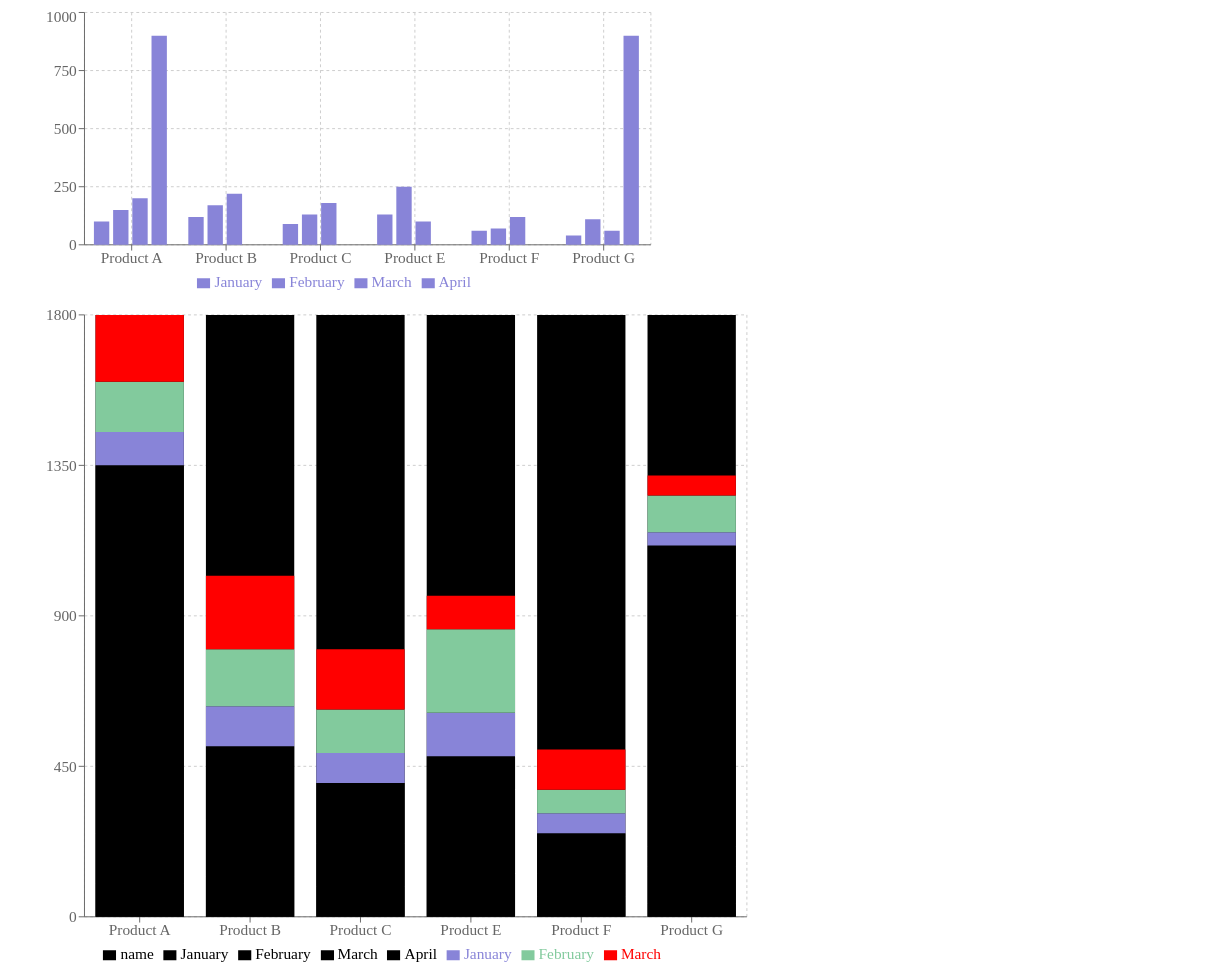
Repository: sagarjain738/test
Page: /
An editor plug-in stored every save of this project. The page is shown before and after the next save, followed by the edit.
The browser window is 1280 px wide. The pictures show the whole page, at 96% of full size.
The project was rebuilt for these pictures with package versions that can differ from the ones it lists, and the page was loaded fresh each time. Also part of the build but not shown: vite.config.js, src/App.css, src/components/PieChart.jsx, src/components/Table.jsx, src/index.css.

Above is the page before, as saved 2024-01-20 23:27:13.

### src/App.jsx
import "./App.css";
import FirstChart from "./components/FirstChart";
import totalData, { getTotalData, getTotal, getMonths } from "../Data";
import SecondChart from "./components/SecondData";
import TotalPieChart from "./components/PieChart";
import BasicTable from "./components/Table";

function App() {
  const firstRecord = getTotalData(totalData);
  const total = getTotal(totalData);
  const monthNames = getMonths();
  return (
    <>
      <FirstChart records={firstRecord} monthNames={monthNames.slice(1)} />
      <SecondChart records={firstRecord} monthNames={monthNames} />
      {/* <BasicTable records={firstRecord} /> */}
      {/* <TotalPieChart records={total} monthNames={monthNames} /> */}
    </>
  );
}

export default App;

### src/components/FirstChart.jsx
import {
  Bar,
  BarChart,
  CartesianGrid,
  Legend,
  Rectangle,
  Tooltip,
  XAxis,
  YAxis,
} from "recharts";

const FirstChart = ({ records, monthNames }) => {
  return (
    <BarChart
      width={700}
      height={300}
      data={records}
      margin={{
        top: 5,
        right: 30,
        left: 20,
        bottom: 5,
      }}
    >
      <CartesianGrid strokeDasharray="3 3" />
      <XAxis dataKey="name" />
      <YAxis />
      <Tooltip />
      <Legend />
      {monthNames.map((month) => (
        <Bar
          key={month}
          dataKey={month}
          fill="#8884d8"
          activeBar={<Rectangle fill="pink" stroke="blue" />}
        />
      ))}
    </BarChart>
  );
};

export default FirstChart;

### Data.js
let data = {
  salesData: [
    {
      product: "Product A",
      sales: [
        { month: "January", amount: 100 },
        { month: "February", amount: 150 },
        { month: "March", amount: 200 },
        { month: "April", amount: 900 },
      ],
    },
    {
      product: "Product B",
      sales: [
        { month: "January", amount: 120 },
        { month: "February", amount: 170 },
        { month: "March", amount: 220 },
      ],
    },
    {
      product: "Product C",
      sales: [
        { month: "January", amount: 90 },
        { month: "February", amount: 130 },
        { month: "March", amount: 180 },
      ],
    },
    {
      product: "Product E",
      sales: [
        { month: "January", amount: 130 },
        { month: "February", amount: 250 },
        { month: "March", amount: 100 },
      ],
    },
    {
      product: "Product F",
      sales: [
        { month: "January", amount: 60 },
        { month: "February", amount: 70 },
        { month: "March", amount: 120 },
      ],
    },
    {
      product: "Product G",
      sales: [
        { month: "January", amount: 40 },
        { month: "February", amount: 110 },
        { month: "March", amount: 60 },
        { month: "April", amount: 900 },
      ],
    },
  ],
};

export function getTotalData(records) {
  const result = records.salesData.map((item) => {
    return {
      name: item.product,
      data: item.sales.reduce(
        (acc, itm) => ({ ...acc, [`${itm.month}`]: itm.amount }),
        {}
      ),
    };
  });

  const finalData = result.map((item) => {
    return { name: item.name, ...item.data };
  });

  return finalData;
}

export function getTotals(records) {
  const result = records.salesData.map((item) => {
    return {
      id: item.product,
      label: item.product,
      value: item.sales.reduce((acc, itm) => acc + itm.amount, 0),
      color: "hsl(271, 70%, 50%)",
    };
  });
  return result;
}

export function getTotal(data) {
  let sumOfMonths = {};
  data.salesData.forEach((product) => {
    product.sales.forEach((sale) => {
      sumOfMonths[sale.month] = (sumOfMonths[sale.month] || 0) + sale.amount;
    });
  });

  const output = [];

  for (const key in sumOfMonths) {
    output.push({
      id: key,
      label: key,
      value: sumOfMonths[key],
      color: "hsl(37, 70%, 50%)",
    });
  }

  return output;
}

export function getMonths() {
  const months = new Set();
  months.add("name");
  data.salesData.forEach((d) => d.sales.forEach((v) => months.add(v.month)));

  return [...months];
}

export default data;

### src/components/SecondData.jsx
import {
  BarChart,
  Bar,
  Cell,
  XAxis,
  YAxis,
  CartesianGrid,
  Tooltip,
  Legend,
  ResponsiveContainer,
} from "recharts";

const SecondChart = ({ records, monthNames }) => {
  return (
    <BarChart
      width={800}
      height={700}
      data={records}
      margin={{
        top: 20,
        right: 30,
        left: 20,
        bottom: 5,
      }}
    >
      <CartesianGrid strokeDasharray="3 3" />
      <XAxis dataKey="name" />
      <YAxis />
      <Tooltip />
      <Legend />
      {monthNames.map((month, i) => (
        <Bar key={i} dataKey={month} stackId="a" fill="" />
      ))}
      <Bar dataKey="January" stackId="a" fill="#8884d8" />
      <Bar dataKey="February" stackId="a" fill="#82ca9d" />
      <Bar dataKey="March" stackId="a" fill="red" />
    </BarChart>
  );
};

export default SecondChart;

Loaded but not shown: index.html (common file); src/main.jsx (common file)

After the next save:
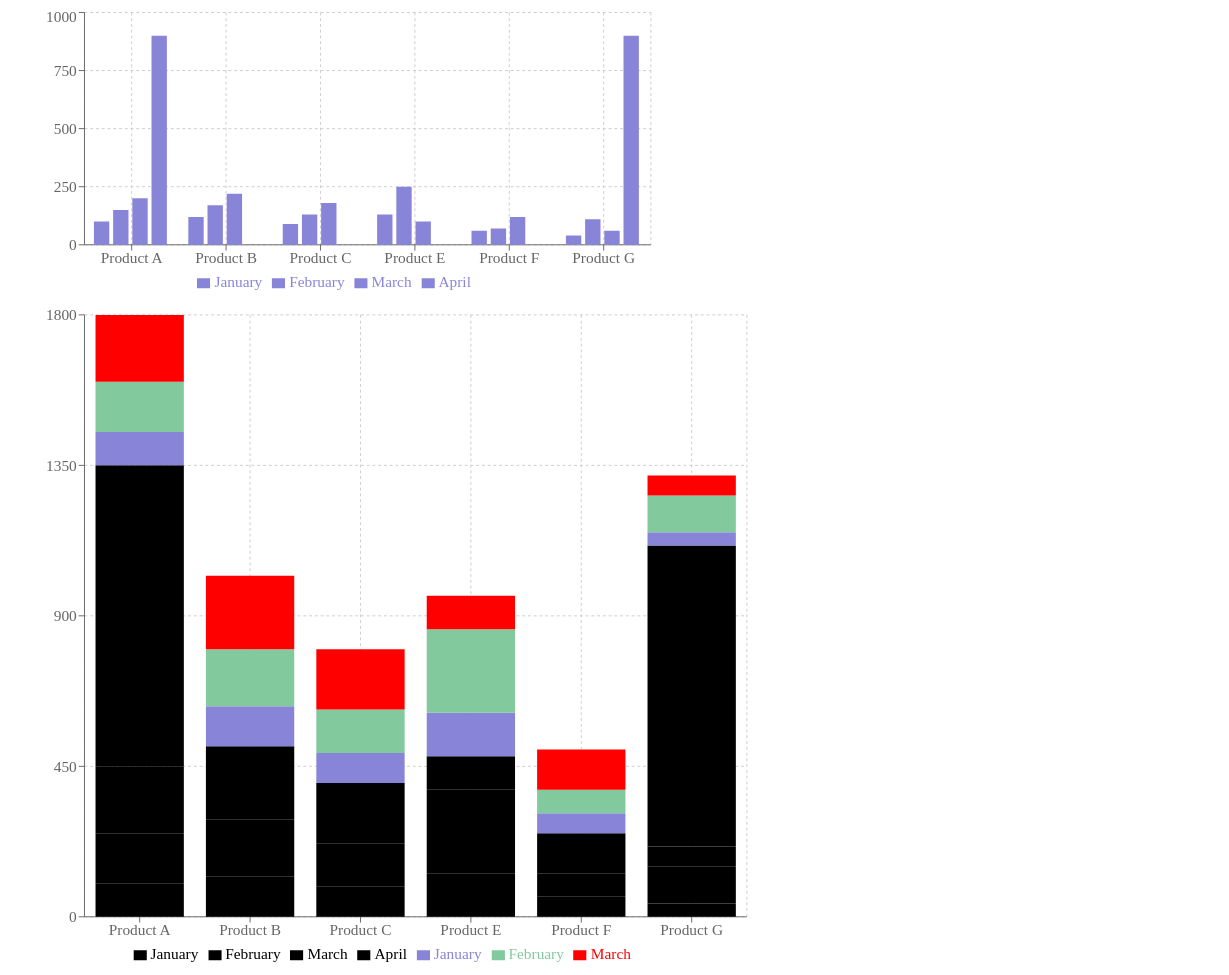
Saved 11 s later.
--- a/src/App.jsx
+++ b/src/App.jsx
@@ -12,7 +12,7 @@ function App() {
   return (
     <>
       <FirstChart records={firstRecord} monthNames={monthNames.slice(1)} />
-      <SecondChart records={firstRecord} monthNames={monthNames} />
+      <SecondChart records={firstRecord} monthNames={monthNames.slice(1)} />
       {/* <BasicTable records={firstRecord} /> */}
       {/* <TotalPieChart records={total} monthNames={monthNames} /> */}
     </>
